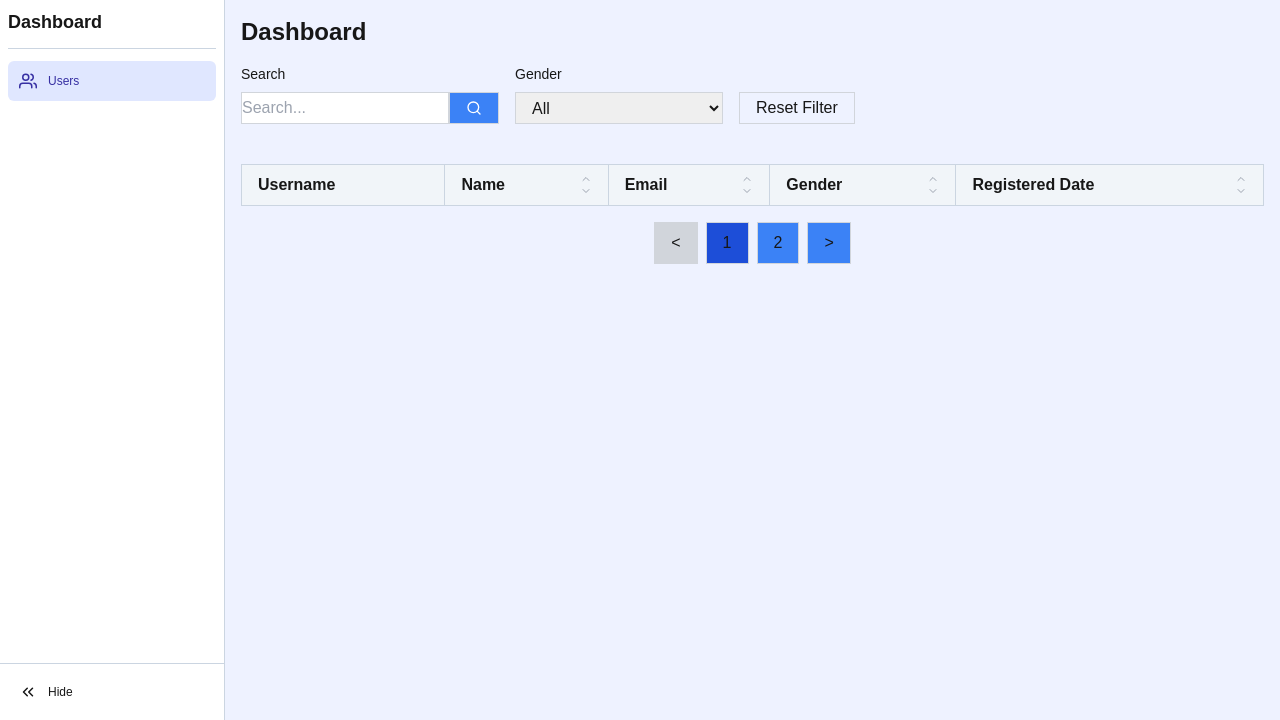
Repository: Ademaulana100499/userdashboard
Page: /
These files come from the project's save history. The page is drawn as it stood at one moment and after the next save; the edit follows.
The browser window is 1280 px wide. The pictures show the whole page.
The page's requests for data from a server got no answer. The project was rebuilt for these pictures with package versions that can differ from the ones it lists, and the page was loaded fresh each time. The framework's server and built-in components were replaced by stand-ins that run in the browser. No one was signed in, and anything a server would have sent is missing. Also part of the build but not shown: next.config.mjs.

Above is the page before, as saved 2025-02-14 22:23:49.

After the next save:
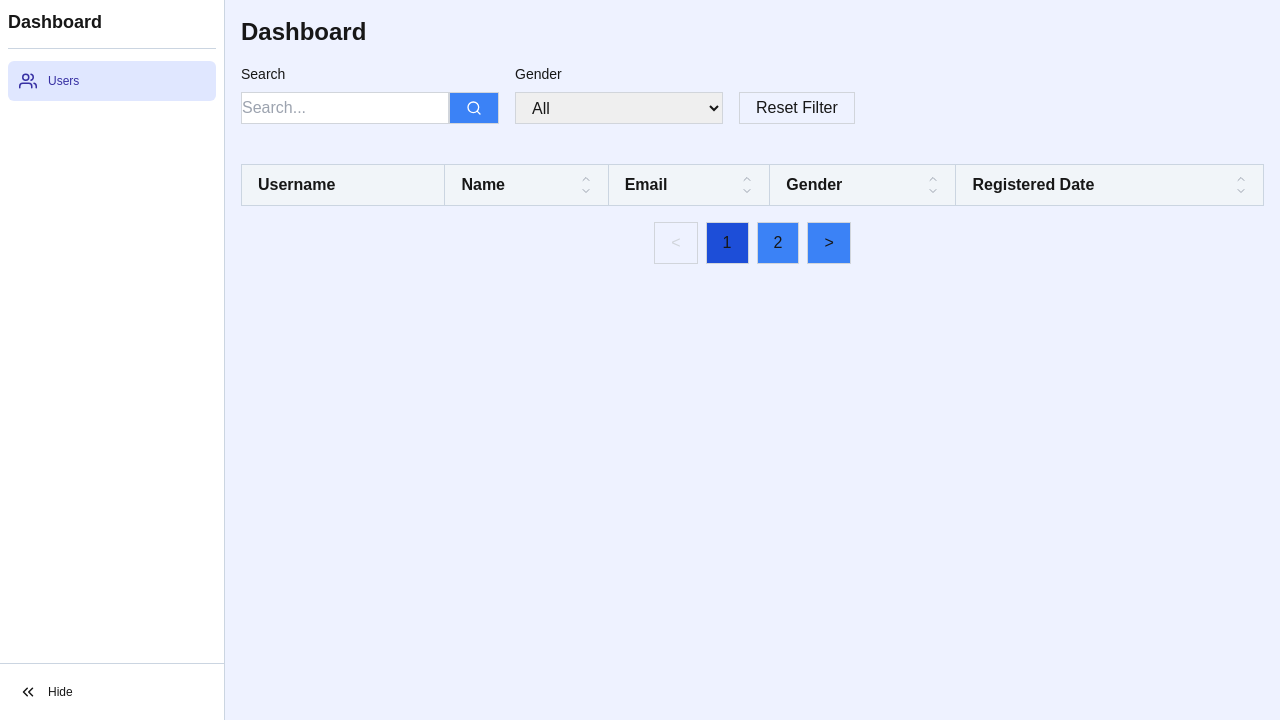
Saved 33 s later.
--- a/src/components/DashboardContent.jsx
+++ b/src/components/DashboardContent.jsx
@@ -278,7 +278,7 @@ const DashboardContent = () => {
         <button
           onClick={() => handlePageChange(currentPage - 1)}
           disabled={currentPage === 1}
-          className="px-4 py-2 border border-gray-300 bg-blue-500   hover:bg-blue-600 disabled:bg-gray-300">
+          className="px-4 py-2 border border-gray-300    disabled:text-gray-300">
           &lt;
         </button>
 
